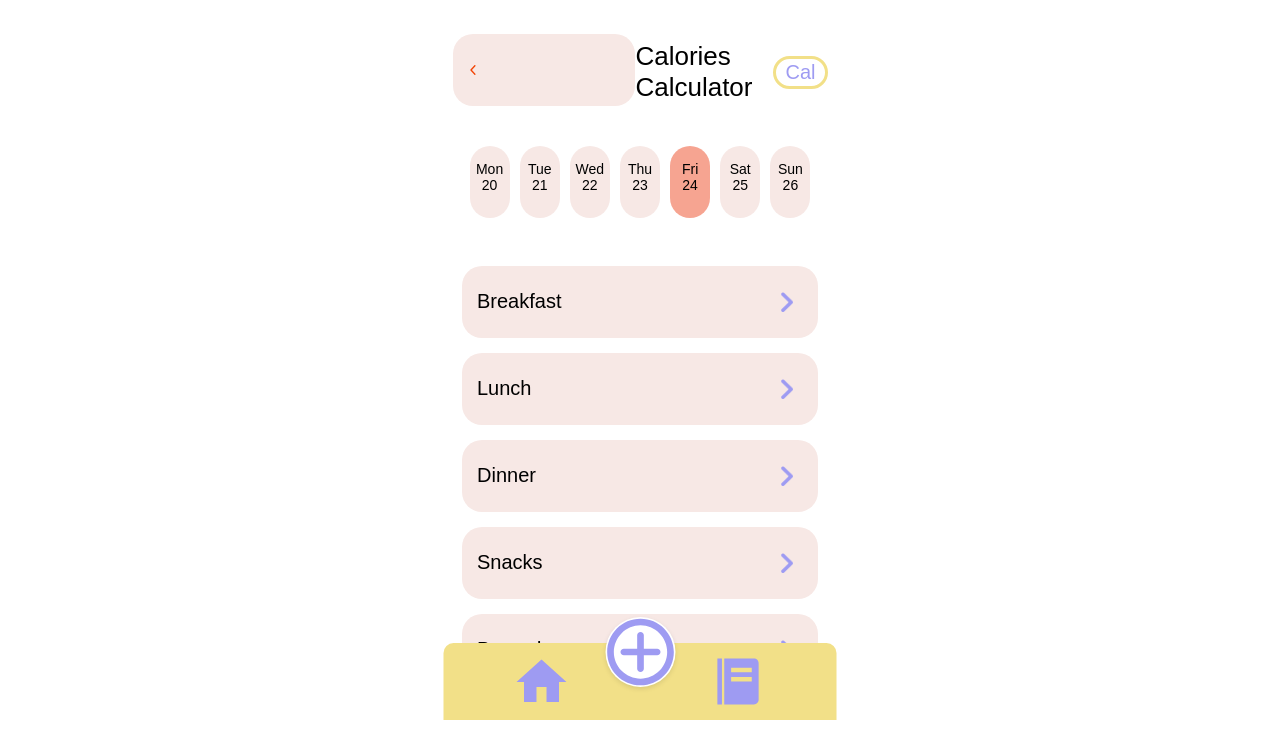
Repository: MeowCeline00/G5-Calorie-Tracker
Page: addPage/Add.html
These files come from the project's save history. The page is drawn as it stood at one moment and after the next save; the edit follows.
The browser window is 1280 px wide. The pictures show the whole page.

Above is the page before, as saved 2024-05-26 06:40:17.

### addPage/Add.html
<!DOCTYPE html>
<html lang="en">
<head>
  <meta charset="UTF-8">
  <meta name="viewport" content="width=device-width, initial-scale=1.0">
  <title>Calories Calculator</title>
  <link rel="stylesheet" href="/addPage/styles.css">
  <link rel="stylesheet" href="/styles/Home.css">
</head>
<body>
  <div class="container">
    <header class="header">
      <a href="/breakfastAddPage/index.html" class="meal"><img src="/images/prevButton.svg" alt="Right Arrow" class="right-arrow" width="11.8" height="20.1"></a>

      <h1 class="title">Calories Calculator</h1>
      <button class="calButton">Cal</button>
    </header>
    <section class="dateSelector">
      <button class="dateNav" id="prevDate">
        <i class="fas fa-chevron-left"></i>
      </button>
      <div class="dates" id="dateList"></div>
      <button class="dateNav" id="nextDate">
        <i class="fas fa-chevron-right"></i>
      </button>
    </section>
    <section class="meals">
      <a href="/breakfastAddPage/index.html" class="meal">Breakfast <img src="/images/right-arrow.png" alt="Right Arrow" class="right-arrow" width="11.8" height="20.1"></a>
      <a href="/lunchAddPage/index.html" class="meal">Lunch <img src="/images/right-arrow.png" alt="Right Arrow" class="right-arrow" width="11.8" height="20.1"></a>
      <a href="/dinnerAddPage/index.html" class="meal">Dinner <img src="/images/right-arrow.png" alt="Right Arrow" class="right-arrow" width="11.8" height="20.1"></a>
      <a href="/snacksAddPage/index.html" class="meal">Snacks <img src="/images/right-arrow.png" alt="Right Arrow" class="right-arrow" width="11.8" height="20.1"></a>
      <a href="/burnedAddPage/index.html" class="meal">Burned <img src="/images/right-arrow.png" alt="Right Arrow" class="right-arrow" width="11.8" height="20.1"></a>
    </section>
  </div>

  <div class="navContainer">
    <nav class="navbar">
      <div class="navItem" onclick="navigateTo('home')">
        <img src="/images/home_icon.svg" alt="Home" width="60" height="60" />
      </div>
      <div class="addButtonContainer">
        <div class="addnewButton" onclick="navigateTo('addNew')">
          <img src="/images/add_icon.svg" alt="Add" width="80" height="80" />
        </div>
      </div>
      <div class="navItem" onclick="navigateTo('recipes')">
        <img src="/images/recipes_icon.svg" alt="Recipes" width="55" height="55" />
      </div>
    </nav>
  </div>
  <script src="/addPage/script.js"></script>
  <script src="/scripts/navbar.js"></script>
</body>
</html>

### addPage/styles.css
.container {
  max-width: 375px;
  margin: 0 auto;
  padding: 1rem;
  min-height: 90vh;
  border-radius: 10px;
}

.header {
  display: flex;
  justify-content: space-between;
  align-items: center;
  width: 100%;
}

.title {
  font-size: 26px;
  font-family: 'Saira', sans-serif;
  font-weight: 500;
  margin-left: auto;
  margin-right: 20px;
}

.header img {
  margin-right: 80px;
}

.calButton {
  margin: 0 auto;
  background-color: transparent;
  color: #9E9BF2;
  border: 3px solid #F2E088;
  padding: 0px 10px;
  text-align: center;
  min-width: 55px;
  height: 33px;
  border-radius: 40px;
  font-size: 20px;
  font-family: 'Catamaran', sans-serif;
  display: inline-block;
}

.dateSelector {
  display: flex;
  justify-content: center;
  align-items: center;
  margin: 10px 0;
}

.dateNav {
  background-color: transparent;
  border: none;
  text-align: center;
  font-size: 20px;
}

.dates {
  display: flex;
  text-align: center;
  justify-content: space-around;
  width: 100%;
}

.date {
  width: 40px;
  height: 57px;
  background-color: #F7E8E5;
  padding-top: 15px;
  margin: 15px 5px;
  margin-bottom: 28px;
  border-radius: 20px;
  text-align: center;
  cursor: pointer;
  font-size: 14px;
  font-family: 'Catamaran', sans-serif;
}

.date:hover {
  background-color: rgba(242, 126, 99, 0.7);
}

.active {
  background-color: rgba(242, 126, 99, 0.7);
}

.currentDay {
  background-color: rgba(242, 126, 99, 0.7);
}

.meals {
  width: 100%;
}

.meal {
  background-color: #F7E8E5;
  padding: 15px;
  margin-bottom: 20px;
  border-radius: 10px;
  margin: auto;
  margin-bottom: 15px;
  display: flex;
  justify-content: space-between;
  align-items: center;
  cursor: pointer;
  text-decoration: none;
  color: inherit;
  font-size: 20px;
  font-family: 'Catamaran', sans-serif;
  width: 326px;
  height: 42px;
  text-decoration: none;
  border-radius: 20px;
}


.meal:hover {
  background-color: rgba(242, 126, 99, 0.7);
}

.right-arrow {
  margin-right: 10px;
}

### styles/Home.css
#root {
    width: 393px;
    height: 852px;
    background-color: #fff;
    border-radius: 10px;
    overflow: hidden;
    position: relative;
}

.mainContent {
    width: 100%;
    height: 100%;
    display: flex;
    flex-direction: column;
    justify-content: flex-start;
    position: relative;
}

.topBar {
    padding: 15px 20px;
    background-color: #fff;
    display: flex;
    justify-content: space-between;
    align-items: center;
    z-index: 1;
}

.greeting {
    display: flex;
    flex-direction: column;
    text-align: left;
}

.greeting h2 {
    margin: 0;
    font-size: 1.5rem;
    color: #000;
}

.greeting p {
    margin: 0;
    font-size: 1rem;
    color: #666;
}

.profileIcon {
    display: flex;
    align-items: center;
    justify-content: center;
    cursor: pointer;
}

.dateChange {
    display: flex;
    justify-content: center;
    align-items: center;
    padding: 10px 0;
    background-color: #fff;
}

.meal_container {
    flex: 1;
    width: 100%;
    padding: 20px;
    box-sizing: border-box;
    overflow-y: auto;
    position: relative;
    z-index: 0;
}

.meals {
    width: 100%;
    padding: 10px 0;
    box-sizing: border-box;
}

.mealItem {
    display: flex;
    flex-direction: column;
    justify-content: space-between;
    align-items: flex-start;
    padding: 15px;
    margin: 10px 0;
    border-radius: 12px;
    background-color: var(--light_pink);
    width: 100%;
    height: auto;
    box-shadow: 0 2px 5px rgba(0, 0, 0, 0.1);
}

.mealHeading {
    font-weight: bold;
    margin-bottom: 10px;
    font-size: 1.2rem;
}

.mealDetails {
    display: flex;
    align-items: center;
    width: 100%;
    justify-content: space-between;
}

.mealDetails p {
    margin-left: 10px;
    color: #9E9BF2;
}

.calorieContainer {
    display: flex;
    align-items: center;
    justify-content: space-between;
    background-color: white;
    border: 4px solid #F2E088;
    border-radius: 30px;
    padding: 5px 10px;
}

.addButton {
    background: none;
    border: none;
    cursor: pointer;
    margin-left: 10px;
}

.navContainer {
    width: 100%;
    max-width: 393px;
    height: 77px;
    display: flex;
    position: fixed;
    bottom: 0;
    left: 50%;
    transform: translateX(-50%);
    background-color: #F2E088;
    border-radius: 10px 10px 0 0;
    justify-content: space-between;
    align-items: center;
    box-sizing: border-box;
    z-index: 1000;
}

.navbar {
    width: 100%;
    display: flex;
    justify-content: space-between;
    align-items: center;
    position: relative;
}

.navItem {
    display: flex;
    cursor: pointer;
    flex: 1;
    justify-content: center;
}

.addButtonContainer {
    display: flex;
    justify-content: center;
    align-items: center;
    width: 70px;
    height: 70px;
    background-color: #ffffff;
    border-radius: 50%;
    position: absolute;
    top: -35px;
    left: 50%;
    transform: translateX(-50%);
    cursor: pointer;
    box-shadow: 0 2px 5px rgba(0, 0, 0, 0.1);
}

.addnewButton {
    display: flex;
    justify-content: center;
    align-items: center;
    border-radius: 50%;
}

### addPage/script.js
const getDayOfWeek = (date) => {
  const dayIndex = date.getDay();
  return dayIndex === 0 ? 6 : dayIndex - 1;
};

const currentDate = new Date();
currentDate.setDate(24);
currentDate.setMonth(4);

const generateDays = () => {
  const days = [];
  const currentDayOfWeek = getDayOfWeek(currentDate);

  for (let i = 0; i < 7; i++) {
    const date = new Date(currentDate);
    date.setDate(date.getDate() - currentDayOfWeek + i);
    days.push({
      day: date.toLocaleDateString('en-US', { weekday: 'short' }),
      date: date.getDate(),
      isToday: date.getDate() === currentDate.getDate(),
    });
  }

  return days;
};

const days = generateDays();
let activeIndex = currentDate.getDate() - 1;

const renderDates = () => {
  const dateList = document.getElementById('dateList');
  dateList.innerHTML = '';
  days.forEach((day, index) => {
    const dateElement = document.createElement('span');
    dateElement.className = `date ${index === activeIndex ? 'active' : ''} ${day.isToday ? 'currentDay' : ''}`;
    dateElement.innerHTML = `${day.day}<br />${day.date}`;
    dateElement.onclick = () => setActiveIndex(index);
    dateList.appendChild(dateElement);
  });
};

const setActiveIndex = (index) => {
  activeIndex = index;
  renderDates();
};

const changeDate = (direction) => {
  let newIndex = activeIndex + direction;
  if (newIndex < 0) {
    newIndex = 0;
  } else if (newIndex >= days.length) {
    newIndex = days.length - 1;
  }
  setActiveIndex(newIndex);
};

document.getElementById('prevDate').onclick = () => changeDate(-1);
document.getElementById('nextDate').onclick = () => changeDate(1);

renderDates();

### scripts/navbar.js
function renderNavbar() {
    return `
      <div class="navContainer">
        <nav class="navbar">
          <div class="navItem" onclick="navigateTo('home')">
            <img src="./images/home_icon.svg" alt="Home" width="60" height="60" />
          </div>
          <div class="addButtonContainer">
            <div class="addnewButton" onclick="navigateTo('addNew')">
              <img src="./images/add_icon.svg" alt="Add" width="80" height="80" />
            </div>
          </div>
          <div class="navItem" onclick="navigateTo('recipes')">
            <img src="./images/recipes_icon.svg" alt="Recipes" width="55" height="55" />
          </div>
        </nav>
      </div>
    `;
}

After the next save:
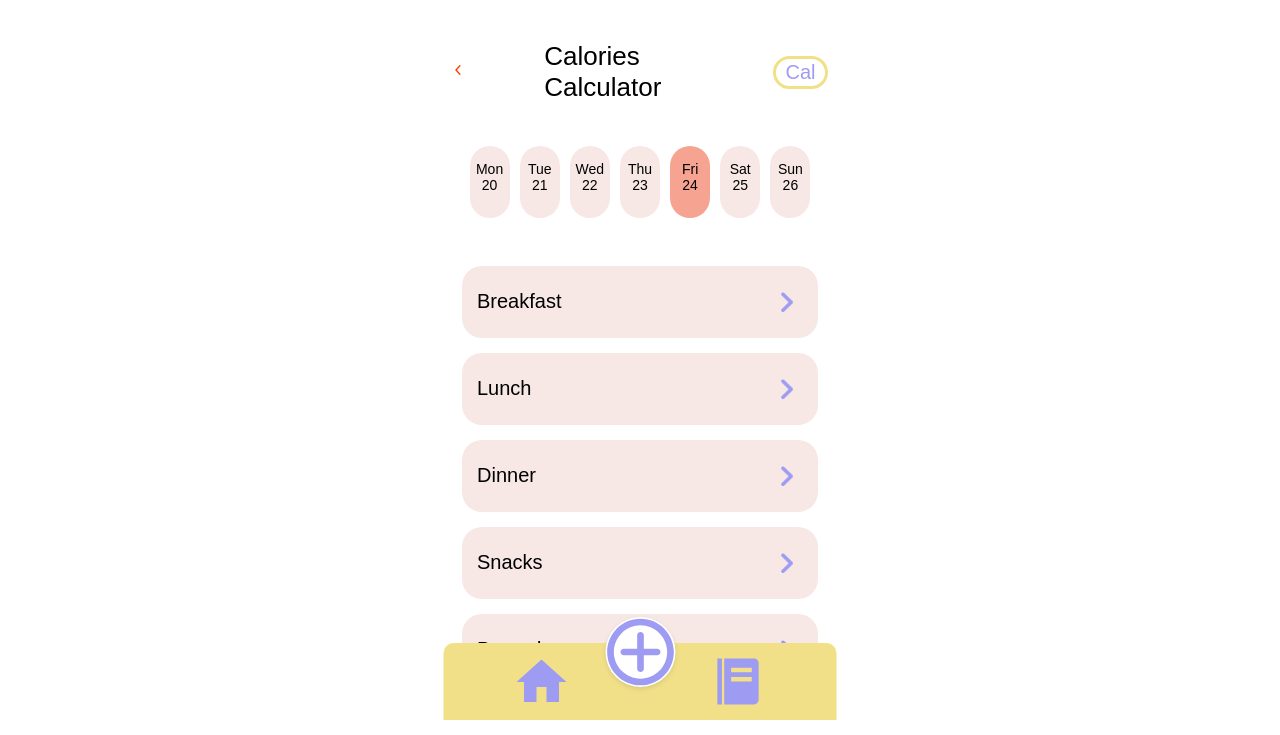
Saved 4 s later.
--- a/addPage/Add.html
+++ b/addPage/Add.html
@@ -10,7 +10,7 @@
 <body>
   <div class="container">
     <header class="header">
-      <a href="/breakfastAddPage/index.html" class="meal"><img src="/images/prevButton.svg" alt="Right Arrow" class="right-arrow" width="11.8" height="20.1"></a>
+      <a href="/breakfastAddPage/index.html" ><img src="/images/prevButton.svg" alt="Right Arrow" class="right-arrow" width="11.8" height="20.1"></a>
 
       <h1 class="title">Calories Calculator</h1>
       <button class="calButton">Cal</button>
